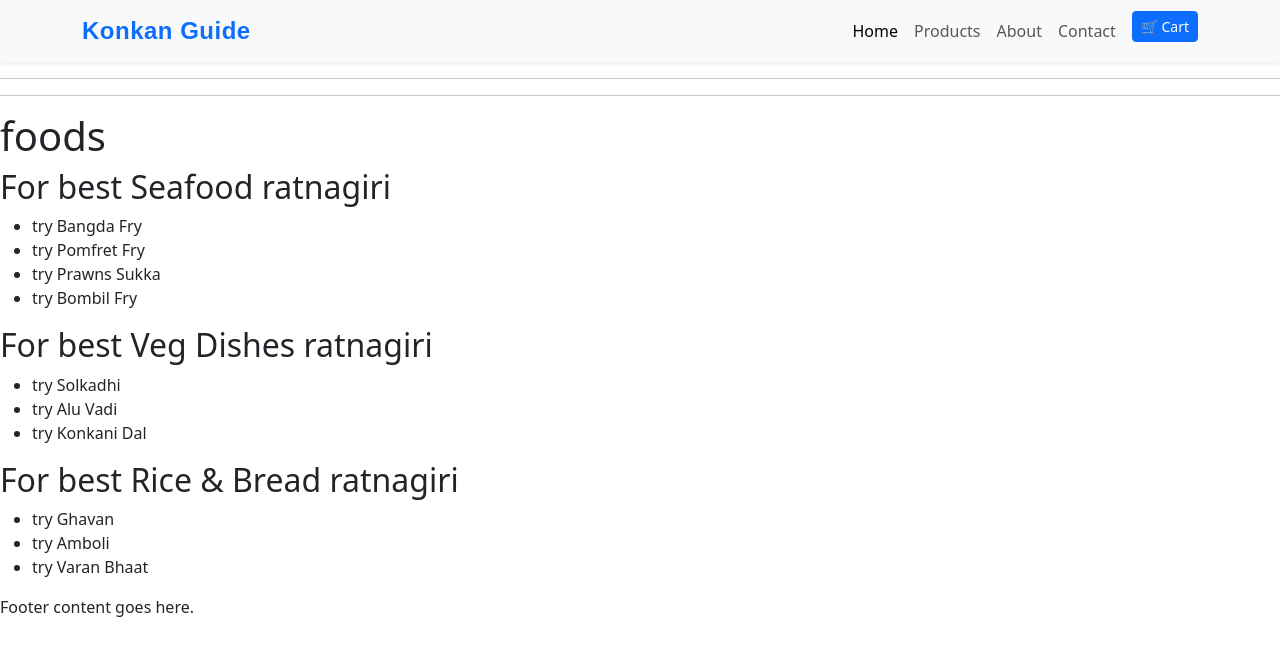
Repository: Indranil-sawant/konkan
Page: http://localhost/
An editor plug-in stored every save of this project. The page is shown before and after a run of saves, followed by the edit.
The browser window is 1280 px wide. The pictures show the whole page.
The page is served by the project's application, run on Django 5.2 (manage.py). Other server files are loaded and not shown.

Above is the page before, as saved 2025-11-13 16:56:18.

### food/templates/food/index.html
{% extends "base.html" %}


<!DOCTYPE html>
<!--[if lt IE 7]>      <html class="no-js lt-ie9 lt-ie8 lt-ie7"> <![endif]-->
<!--[if IE 7]>         <html class="no-js lt-ie9 lt-ie8"> <![endif]-->
<!--[if IE 8]>         <html class="no-js lt-ie9"> <![endif]-->
<!--[if gt IE 8]>      <html class="no-js"> <!--<![endif]-->
<html>
    <head>
        <meta charset="utf-8">
        <meta http-equiv="X-UA-Compatible" content="IE=edge">
        <title>index </title>
        <meta name="description" content="">
        <meta name="viewport" content="width=device-width, initial-scale=1">
        <link rel="stylesheet" href="">
    </head>
    <body>

{% block content %}
         <h1>foods</h1>
         {% for category, items in foods.items %}
        <h2> For best {{ category }} ratnagiri</h2>
        <ul>
            {% for item in items %}
                <li> try {{ item }}</li>
            {% endfor %}
        </ul>
    {% endfor %}
{% endblock content %}



        <script src="" async defer></script>
    </body>
</html>

### templates/base.html
<!DOCTYPE html>
<!--[if lt IE 7]>      <html class="no-js lt-ie9 lt-ie8 lt-ie7"> <![endif]-->
<!--[if IE 7]>         <html class="no-js lt-ie9 lt-ie8"> <![endif]-->
<!--[if IE 8]>         <html class="no-js lt-ie9"> <![endif]-->
<!--[if gt IE 8]>      <html class="no-js"> <!--<![endif]-->
<html>
    <head>
        <meta charset="utf-8">
        <meta http-equiv="X-UA-Compatible" content="IE=edge">
        <title></title>
        <meta name="description" content="">
        <meta name="viewport" content="width=device-width, initial-scale=1">
        <link rel="stylesheet" href="">
    </head>
    <body>
       {% include "navbar.html" %}

        {% block content %}

       {% endblock content %}

    </body>


    <footer>
        <p>Footer content goes here.</p>
    </footer>
</html>

### templates/navbar.html
<link href="https://cdn.jsdelivr.net/npm/bootstrap@5.3.3/dist/css/bootstrap.min.css" rel="stylesheet">
<script src="https://cdn.jsdelivr.net/npm/bootstrap@5.3.3/dist/js/bootstrap.bundle.min.js"></script>


<!-- Navbar Start -->
<!-- Navbar Start -->
<nav class="navbar navbar-expand-lg navbar-light bg-light shadow-sm">
  <div class="container">
    <!-- Brand -->
    <a class="navbar-brand fw-bold text-primary" href="#">
      Konkan Guide
    </a>

    <!-- Mobile toggle -->
    <button class="navbar-toggler" type="button" data-bs-toggle="collapse" data-bs-target="#navbarNav"
      aria-controls="navbarNav" aria-expanded="false" aria-label="Toggle navigation">
      <span class="navbar-toggler-icon"></span>
    </button>

    <!-- Nav links -->
    <div class="collapse navbar-collapse justify-content-end" id="navbarNav">
      <ul class="navbar-nav mb-2 mb-lg-0">
        <li class="nav-item">
          <a class="nav-link active" href="#">Home</a>
        </li>
        <li class="nav-item">
          <a class="nav-link" href="#">Products</a>
        </li>
        <li class="nav-item">
          <a class="nav-link" href="#">About</a>
        </li>
        <li class="nav-item">
          <a class="nav-link" href="#">Contact</a>
        </li>
        <li class="nav-item">
          <a class="btn btn-primary btn-sm ms-2" href="#">🛒 Cart</a>
        </li>
      </ul>
    </div>
  </div>
</nav>
<!-- Navbar End -->

<!-- Navbar End -->
<hr>
<hr>

<style>
    .navbar-brand {
  font-family: 'Poppins', sans-serif;
  font-size: 1.5rem;
  letter-spacing: 0.5px;
}

.nav-link {
  font-weight: 500;
  transition: color 0.3s;
}

.nav-link:hover,
.nav-link.active {
  color: #007bff;
}
</style>

### food/views.py

from django.shortcuts import render
from django.http import HttpResponse
from .data.spots import foods, spots
# Create your views here.



context = {
        'foods': foods,
        'spots': spots
    }

def home(request):
    return render(request, 'food/index.html', context)

def home2(request):
    return render(request, 'food/about.html', {"spots":spots})

def home3(request ,pk):
    item = None
    for i in spots:
        if str(i['id']) == pk:
            item = i
            break
    return render(request, 'food/details.html', {"spot":item})

### konkan_guide/urls.py
"""
URL configuration for konkan_guide project.

The `urlpatterns` list routes URLs to views. For more information please see:
    https://docs.djangoproject.com/en/5.2/topics/http/urls/
Examples:
Function views
    1. Add an import:  from my_app import views
    2. Add a URL to urlpatterns:  path('', views.home, name='home')
Class-based views
    1. Add an import:  from other_app.views import Home
    2. Add a URL to urlpatterns:  path('', Home.as_view(), name='home')
Including another URLconf
    1. Import the include() function: from django.urls import include, path
    2. Add a URL to urlpatterns:  path('blog/', include('blog.urls'))
"""
from django.contrib import admin
from django.urls import path , include
from food.views import home , home2
urlpatterns = [
    path('admin/', admin.site.urls),
    path('', include('food.urls')),
]

### food/urls.py
from django.urls import path
from . import views
urlpatterns = [
    path('', views.home, name='home'),
    path('about/', views.home2, name='about'),
    path('details/<str:pk>/', views.home3, name='details'),
]   # URL patterns for food app

### food/data/spots.py
foods = {
        "Seafood": [
            "Bangda Fry",
            "Pomfret Fry",
            "Prawns Sukka",
            "Bombil Fry",
        ],
        "Veg Dishes": [
            "Solkadhi",
            "Alu Vadi",
            "Konkani Dal",
        ],
        "Rice & Bread": [
            "Ghavan",
            "Amboli",
            "Varan Bhaat",
        ],
    }

spots = [
    {"id": 1, "name": "Ganpatipule Beach", "category": "Beaches", "distance": 25, "rate": "Free"},
    {"id": 2, "name": "Bhatye Beach", "category": "Beaches", "distance": 2, "rate": "Free"},
    {"id": 3, "name": "Aare Ware Beach", "category": "Beaches", "distance": 10, "rate": "Free"},

    {"id": 4, "name": "Ganpatipule Mandir", "category": "Temples", "distance": 25, "rate": "Free"},
    {"id": 5, "name": "Pawas Ashram", "category": "Temples", "distance": 18, "rate": "Free"},

    {"id": 6, "name": "Ratnadurg Fort", "category": "Historical", "distance": 3, "rate": "Free"},
]

After the next 2 saves:
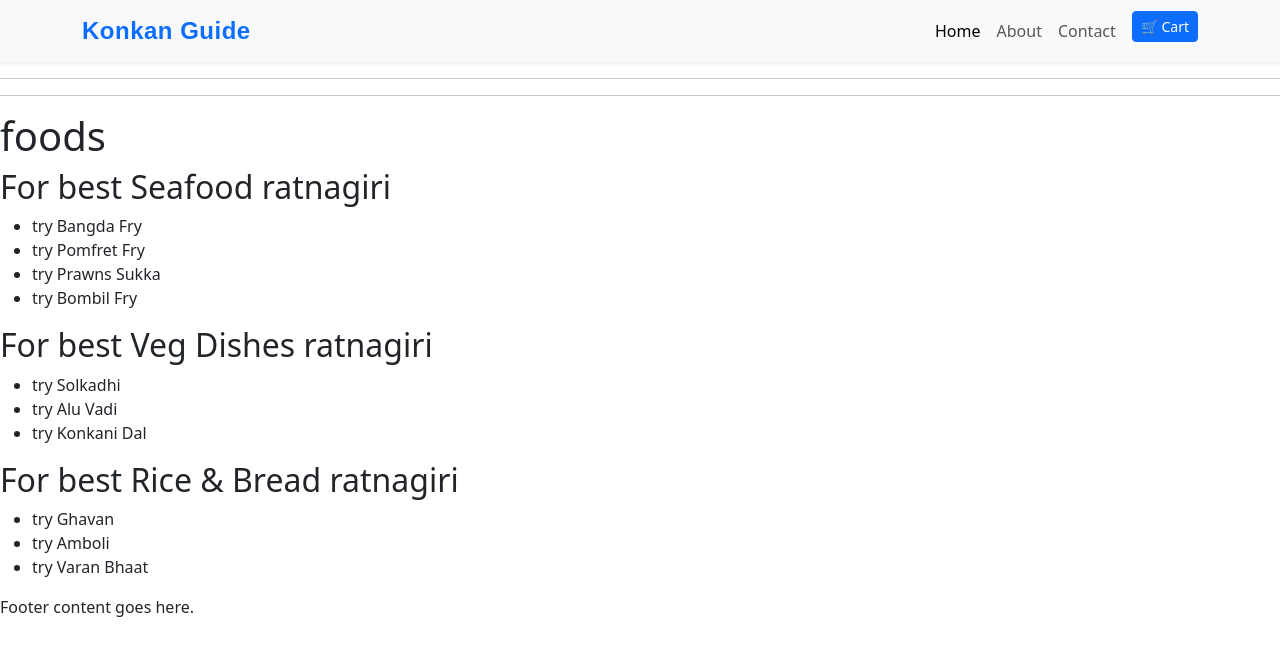
The 2 saves are shown as one change because 1 did not build or start.
The last was saved 3 min 59 s later.
--- a/templates/navbar.html
+++ b/templates/navbar.html
@@ -21,13 +21,10 @@
     <div class="collapse navbar-collapse justify-content-end" id="navbarNav">
       <ul class="navbar-nav mb-2 mb-lg-0">
         <li class="nav-item">
-          <a class="nav-link active" href="#">Home</a>
+          <a class="nav-link active" href="{% url 'home' %}">Home</a>
         </li>
         <li class="nav-item">
-          <a class="nav-link" href="#">Products</a>
-        </li>
-        <li class="nav-item">
-          <a class="nav-link" href="#">About</a>
+          <a class="nav-link" href="{% url 'about' %}">About</a>
         </li>
         <li class="nav-item">
           <a class="nav-link" href="#">Contact</a>
